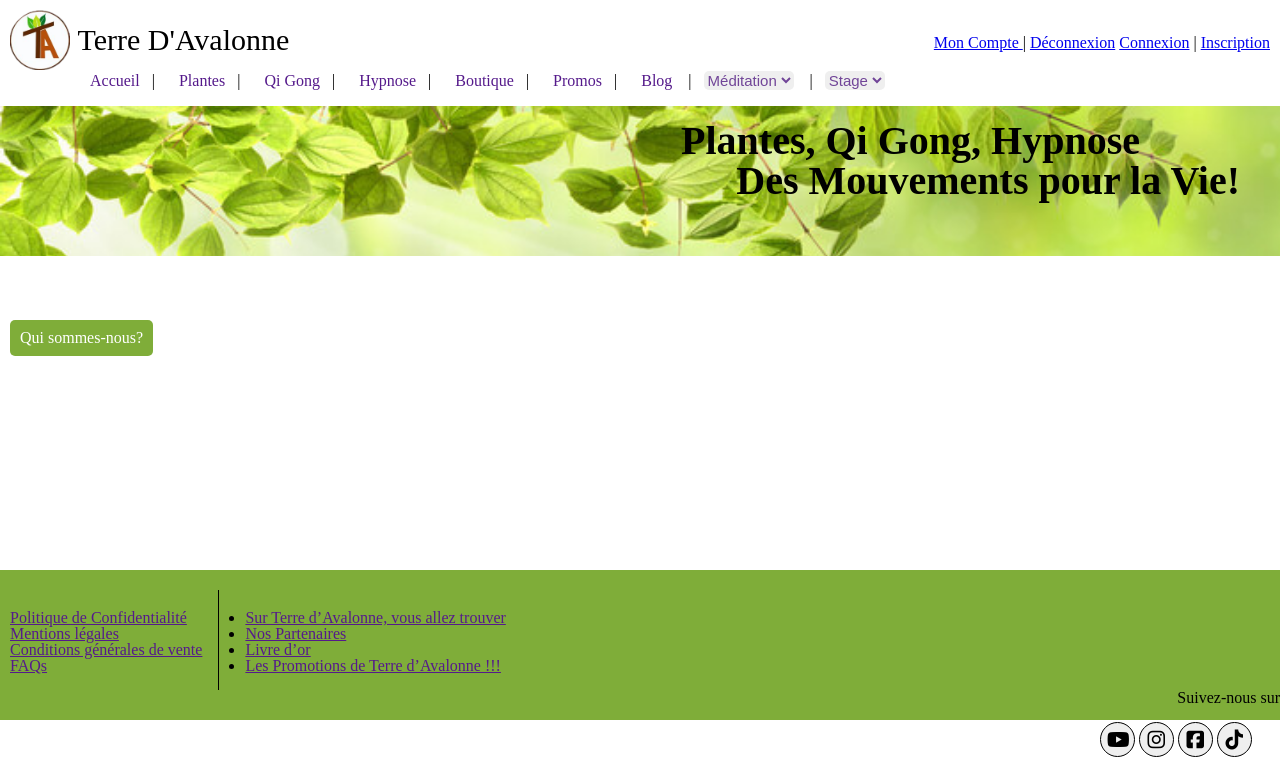
Repository: Michelhof1978/TerreDavalonne
Page: templates/base.html
These files come from the project's save history. The page is drawn as it stood at one moment and after the next save; the edit follows.
The browser window is 1280 px wide. The pictures show the whole page.
Some web fonts or font styles are not loaded; a fallback is used. Some web libraries are served in a nearby version.

Above is the page before, as saved 2022-05-04 15:37:14.

### templates/base.html
<!DOCTYPE html>
<html lang="fr">

<head>
  <meta charset="UTF-8">
  <meta http-equiv="X-UA-Compatible" content="IE=edge">
  <meta name="viewport" content="width=device-width, initial-scale=1.0">
  <title>Newsletter</title>
  <link rel="stylesheet" href="/assets/reset.css" type="text/css">
  <script src="https://kit.fontawesome.com/a9becd4f18.js" crossorigin="anonymous"></script>
  <link rel="preconnect" href="https://fonts.googleapis.com">
  <link rel="preconnect" href="https://fonts.gstatic.com" crossorigin>
  <link
    href="https://fonts.googleapis.com/css2?family=Cairo:wght@500&family=Dancing+Script:wght@600;700&family=Ms+Madi&family=Updock&display=swap"
    rel="stylesheet">
</head>

<body>
  <header>
    <div style="float: left; padding:auto">
      <img class="logoTerreDavalonne" src="/assets/img/logoTerreDavalonne.png" alt="logo terre d'avalonne">
    </div>
    <div style="padding:10px">
      <h1 style="margin-top:15px">&nbspTerre D'Avalonne</h1>
    </div>

    <div class="login">

      <a href="{{path('account')}}">Mon Compte <small> </small></a> | <a href="{{path('app_logout')}}">Déconnexion</a>

      <a href="{{path('app_login')}}">Connexion</a> | <a href="{{path('registrer')}}">Inscription</a>

    </div>
    </div>


    <nav>
      <ul class="nav">
        <li class="nav-item">
          <a class="nav-link" href="">Accueil</a>&nbsp&nbsp&nbsp|
        </li>

        <li class="nav-item">
          <a class="nav-link" href="">Plantes</a>&nbsp&nbsp&nbsp|
        </li>

        <li class="nav-item">
          <a class="nav-link" href="">Qi Gong</a>&nbsp&nbsp&nbsp|
        </li>

        <li class="nav-item">
          <a href="">Hypnose</a>&nbsp&nbsp&nbsp|
        </li>

        <li class="nav-item">
          <a class="nav-link" href="">Boutique</a>&nbsp&nbsp&nbsp|
        </li>

        <li class="nav-item">
          <a class="nav-link" href="">Promos</a>&nbsp&nbsp&nbsp|
        </li>

        <li class="nav-item">
          <a class="nav-link" href="">Blog </a>&nbsp&nbsp&nbsp|&nbsp&nbsp
        </li>

        <select class=form-control>
          <option value=un>Méditation</option>
          <option value=deux>Deux</option>
          <option value=trois>Trois</option>
        </select>
        &nbsp&nbsp&nbsp|&nbsp&nbsp
        <select class=form-control>
          <option value=un>Stage</option>
          <option value=deux>Deux</option>
          <option value=trois>Trois</option>
        </select>
      </ul>

    </nav>




  </header>

  <div class="banniere">
    <div class="btn-banniere">
      <a class="link-banniere" href="">Qui sommes-nous?</a>
    </div>

    <div class="textBaniere ">Plantes, Qi Gong, Hypnose &nbsp&nbsp&nbsp&nbsp&nbsp&nbsp&nbsp&nbsp&nbsp<br>
      Des Mouvements pour la Vie!
    </div>
  </div>


















  <footer>
    <div style="display: flex;">
      <ul class="ulFooter">
        <li>
          <a href="">Politique de Confidentialité</a>
        </li>
        <li>
          <a href="">Mentions légales</a>
        </li>
        <li class>
          <a href="">Conditions générales de vente</a>
        </li>
        <li class>
          <a href="">FAQs</a>
        </li>
      </ul>
      <div class="footer-separator"></div>
      <ul class="ulFooter">
        <li>
          <a href="">Sur Terre d’Avalonne, vous allez trouver</a>
        </li>
        <li>
          <a href="">Nos Partenaires</a>
        </li>
        <li class>
          <a href="">Livre d’or</a>
        </li>
        <li class>
          <a href="">Les Promotions de Terre d’Avalonne !!!</a>
        </li>
      </ul>
    </div>

    <div class="reseaux">
      <p class="suivez-nous">Suivez-nous sur</p>
      <div class="reseauButton">
        <button class="reseaux1"><a href="https://www.youtube.com/results?search_query=terre+d%27avalonne" <i
            class="fa-brands fa-youtube" style="font-size:20px;text-decoration:none;color:black;"></i></a></button>
        <button class="reseaux2"><a href="https://www.instagram.com/terredavalonne/" <i class="fa fa-instagram"
            style="font-size:20px;text-decoration:none;color:black;"></i></a></button>
        <button class="reseaux3"><a href="https://www.facebook.com/Avalonne.naturopathe.lyon/" <i
            class="fa-brands fa-facebook-square"
            style="font-size:20px;text-decoration:none;color:black;"></i></a></button>
        <button class="reseaux4"><a href="https://www.tiktok.com/@terre_d_avalonne" <i class="fa-brands fa-tiktok"
            style="font-size:20px;text-decoration:none;color:black;"></i></a></button>

      </div>

  </footer>



</body>

<style>
  .logoTerreDavalonne {
    width: 60px;
    height: 60px;
    margin-left: 10px;
    margin-top: 10px;
  }

  h1 {
    font-size: 30px;
    margin: auto;
  }

  .login {
    text-align: end;
    color: black;
    text-decoration: none;
    margin-right: 10px;
    margin-top: -30px;
  }

  ul {
    padding-top: 20px;
    font-size: 1rem;

  }

  .nav-item {
    display: inline;
    padding-left: 20px;

  }

  nav a {
    text-decoration: none;
  }


  nav a:hover {
    color: #0d3d9e;
  }

  .form-control {
    border-radius: 5px;
    border: 0px solid;
    font-size: 15px;
    color: rgba(89, 37, 135, 0.845);
  }

  .banniere {
    background-image: url("/assets/img/BanniereProvisoir.jpg");
    background-size: 100%;
    height: 150px;

  }

  .textBaniere {
    ;
    padding-right: 40px;
    font-size: 40px;
    text-align: right;
    padding-top: 15px;
    font-weight: 600;
    font-family: 'Cairo', sans-serif;
    font-family: 'Dancing Script', cursive;
    font-family: 'Ms Madi', cursive;
    font-family: 'Updock', cursive;

  }

  .link-banniere{
    text-decoration: none;
    color: white;
  }

  .btn-banniere {

    background-color: #7FAD39;
    padding: 10px;
    border-radius: 5px;
    cursor: pointer;
    position: absolute;
    top: 43%;
    margin: 10px;
    text-decoration: none;
    color: white;

  }

  .btn-banniere:hover {
    background-color: #99f80a;
  }


  .reseauButton {
    padding-right: 28px;
  }

  footer {
    position: absolute;
    bottom: 0;
    width: 100%;
    height: 130px;
    background-color: #7FAD39;
    padding-top: 20px;
  }

  .ulFooter {
    text-align: left;
    padding-left: 10px;
  }

  .footer-separator {
    width: 1px;
    margin-left: 16px;
    margin-right: 16px;
    background-color: #000;
  }

  .reseaux {
    text-align: end;
  }

  .reseaux1,
  .reseaux2,
  .reseaux3,
  .reseaux4 {
    height: 35px;
    width: 35px;
    border-radius: 50%;
    border: 1px solid #000;
    text-align: end;
    padding-right: 8px;
  }

  .reseaux1:hover {

    background-color: rgba(224, 107, 107, 0.919);
  }

  .reseaux2:hover {
    background-color: rgba(168, 73, 168, 0.848);
  }

  .reseaux3:hover {
    background-color: rgba(63, 162, 189, 0.554);
  }

  .reseaux4:hover {
    background-color: rgb(230, 157, 12);
  }
</style>

</html>

### assets/reset.css

  html,
  body,
  div,
  span,
  applet,
  object,
  iframe,
  h1,
  h2,
  h3,
  h4,
  h5,
  h6,
  p,
  blockquote,
  pre,
  a,
  abbr,
  acronym,
  address,
  big,
  cite,
  code,
  del,
  dfn,
  em,
  img,
  ins,
  kbd,
  q,
  s,
  samp,
  small,
  strike,
  strong,
  sub,
  sup,
  tt,
  var,
  b,
  u,
  i,
  center,
  dl,
  dt,
  dd,
  ol,
  ul,
  li,
  fieldset,
  form,
  label,
  legend,
  table,
  caption,
  tbody,
  tfoot,
  thead,
  tr,
  th,
  td,
  article,
  aside,
  canvas,
  details,
  embed,
  figure,
  figcaption,
  footer,
  header,
  hgroup,
  menu,
  nav,
  output,
  ruby,
  section,
  summary,
  time,
  mark,
  audio,
  video {
    margin-left: 0;
    margin-right: 0;
    margin-top: 0;
    padding: 0;
    border: 0;
    font-size: 100%;
    font: inherit;
    vertical-align: baseline;
  }

  /* HTML5 display-role reset for older browsers */
  article,
  aside,
  details,
  figcaption,
  figure,
  footer,
  header,
  hgroup,
  menu,
  nav,
  section {
    display: block;
  }

  body {
    line-height: 1;
  }

After the next save:
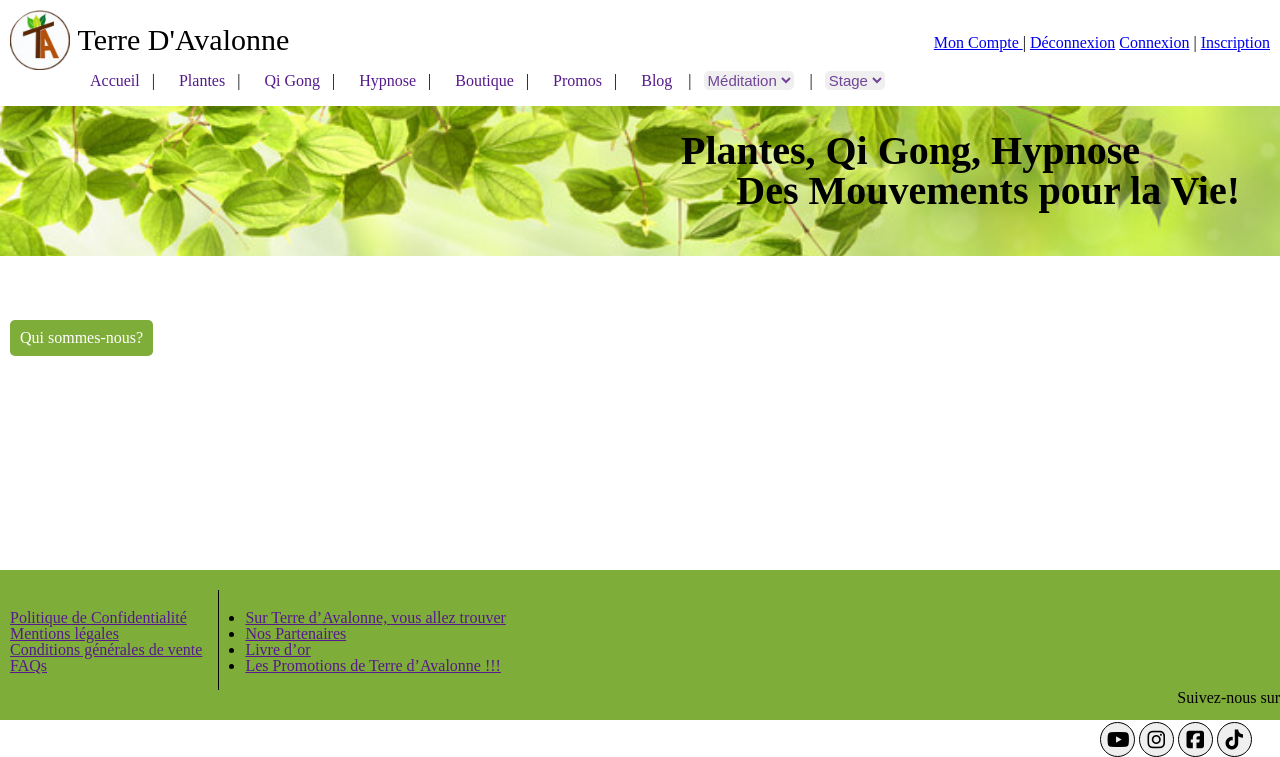
Saved 4 s later.
--- a/templates/base.html
+++ b/templates/base.html
@@ -226,7 +226,7 @@
     padding-right: 40px;
     font-size: 40px;
     text-align: right;
-    padding-top: 15px;
+    padding-top: 25px;
     font-weight: 600;
     font-family: 'Cairo', sans-serif;
     font-family: 'Dancing Script', cursive;
